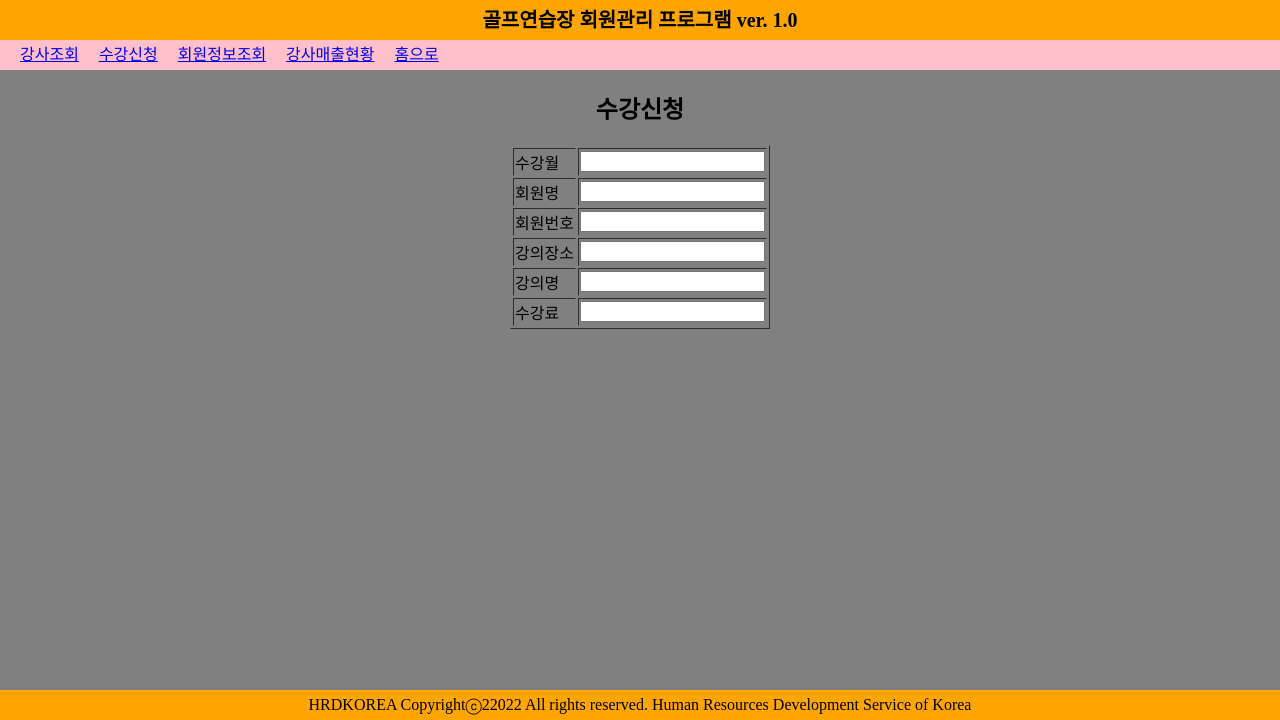
Repository: leesuyeon116/HRD_3
Page: http://localhost/HRD_0505/insert.jsp
The author's editor kept a copy of each file at every save. The page is drawn from the files as they stood at one save, then again after the next save.
The browser window is 1280 px wide. The pictures show the whole page.
The page is served by Tomcat 9.

Above is the page before, as saved 2024-05-05 09:23:45.

### workspace/HRD_0505/src/main/webapp/insert.jsp
<%@ page language="java" contentType="text/html; charset=UTF-8"
    pageEncoding="UTF-8"%>
<!DOCTYPE html>
<html>
<head>
<meta charset="UTF-8">
<title>insert</title>
</head>
<body>
<jsp:include page="header.jsp"></jsp:include>
<section style="position: fixed; top: 70px; left: 0px; width: 100%; height: 100%; background-color: gray">
<h2 style="text-align: center">수강신청</h2>
	<form style="display: flex; align-items: center; justify-content: center">
		<table border="1">
			<tr>
				<td>수강월</td>
				<td><input type="text" name="regist_month"></td>
			</tr>
			<tr>
				<td>회원명</td>
				<td><input type="text" name="c_name"></td>
			</tr>
			<tr>
				<td>회원번호</td>
				<td><input type="text" name="c_no"></td>
			</tr>
			<tr>
				<td>강의장소</td>
				<td><input type="text" name="class_area"></td>
			</tr>
			<tr>
				<td>강의명</td>
				<td><input type="text" name="class_name"></td>
			</tr>
			<tr>
				<td>수강료</td>
				<td><input type="text" name="class_price"></td>
			</tr>
		</table>
	</form>

</section>

<jsp:include page="footer.jsp"></jsp:include>
</body>
</html>

### workspace/HRD_0505/src/main/webapp/header.jsp
<%@ page language="java" contentType="text/html; charset=UTF-8"
    pageEncoding="UTF-8"%>
<!DOCTYPE html>
<html>
<head>
<meta charset="UTF-8">
<title>header</title>
</head>
<body>
<header style="position: fixed; top: 0px; left: 0px; width: 100%; height: 40px; line-height: 40px; background-color: orange;
	text-align: center; font-size: 20px">
<b>골프연습장 회원관리 프로그램 ver. 1.0</b>
</header>

<nav style="position: fixed; top: 40px; left: 0px; width: 100%; height: 30px; line-height: 30px; background-color: pink;
	padding-left: 20px">
	<a href="tlist.jsp">강사조회</a> &nbsp; &nbsp;
	<a href="insert.jsp">수강신청</a> &nbsp; &nbsp;
	<a href="mlist.jsp">회원정보조회</a> &nbsp; &nbsp;
	<a href="salary.jsp">강사매출현황</a> &nbsp; &nbsp;
	<a href="index.jsp">홈으로</a> &nbsp; &nbsp;
</nav>
</body>
</html>

### workspace/HRD_0505/src/main/webapp/footer.jsp
<%@ page language="java" contentType="text/html; charset=UTF-8"
    pageEncoding="UTF-8"%>
<!DOCTYPE html>
<html>
<head>
<meta charset="UTF-8">
<title>footer</title>
</head>
<body>
<footer style="position: fixed; bottom: 0px; left: 0px; width: 100%; height: 30px; line-height: 30px; background-color: orange;
	text-align: center">
	HRDKOREA Copyrightⓒ22022 All rights reserved. Human Resources Development Service of Korea
</footer>
</body>
</html>

After the next save:
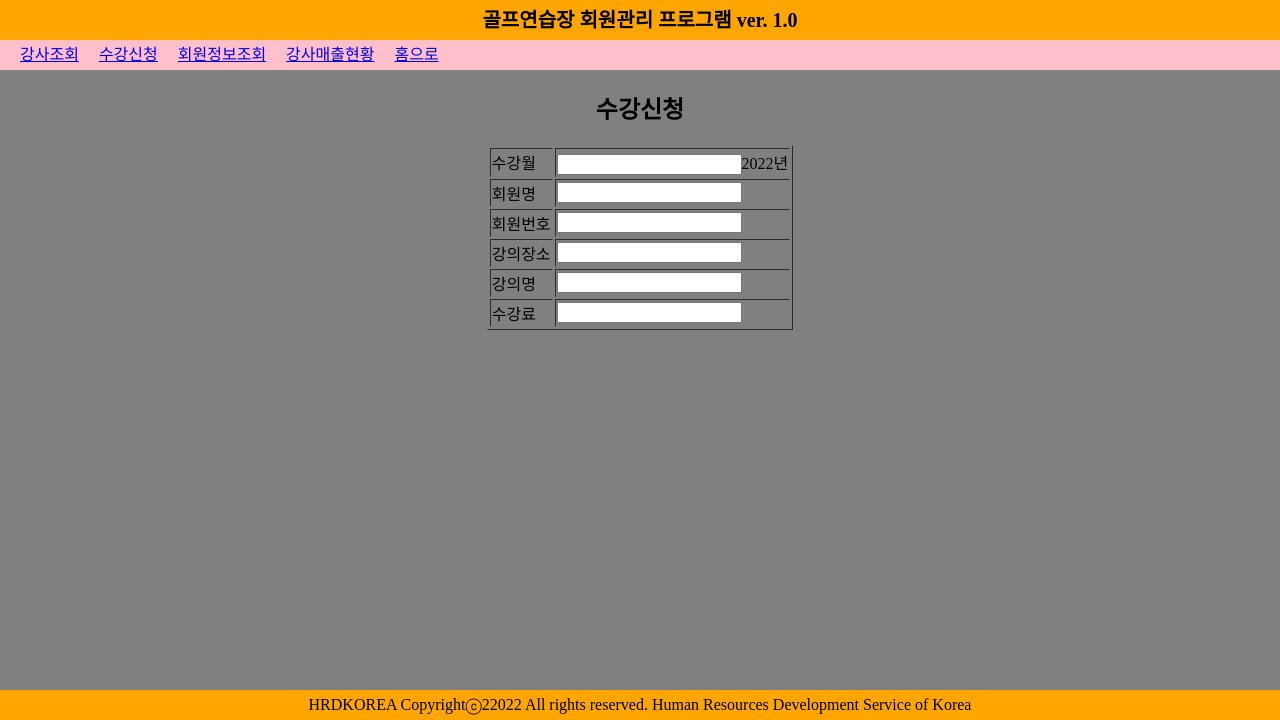
Saved 27 s later.
--- a/workspace/HRD_0505/src/main/webapp/insert.jsp
+++ b/workspace/HRD_0505/src/main/webapp/insert.jsp
@@ -14,7 +14,7 @@
 		<table border="1">
 			<tr>
 				<td>수강월</td>
-				<td><input type="text" name="regist_month"></td>
+				<td><input type="text" name="regist_month">2022년</td>
 			</tr>
 			<tr>
 				<td>회원명</td>

After the save that followed:
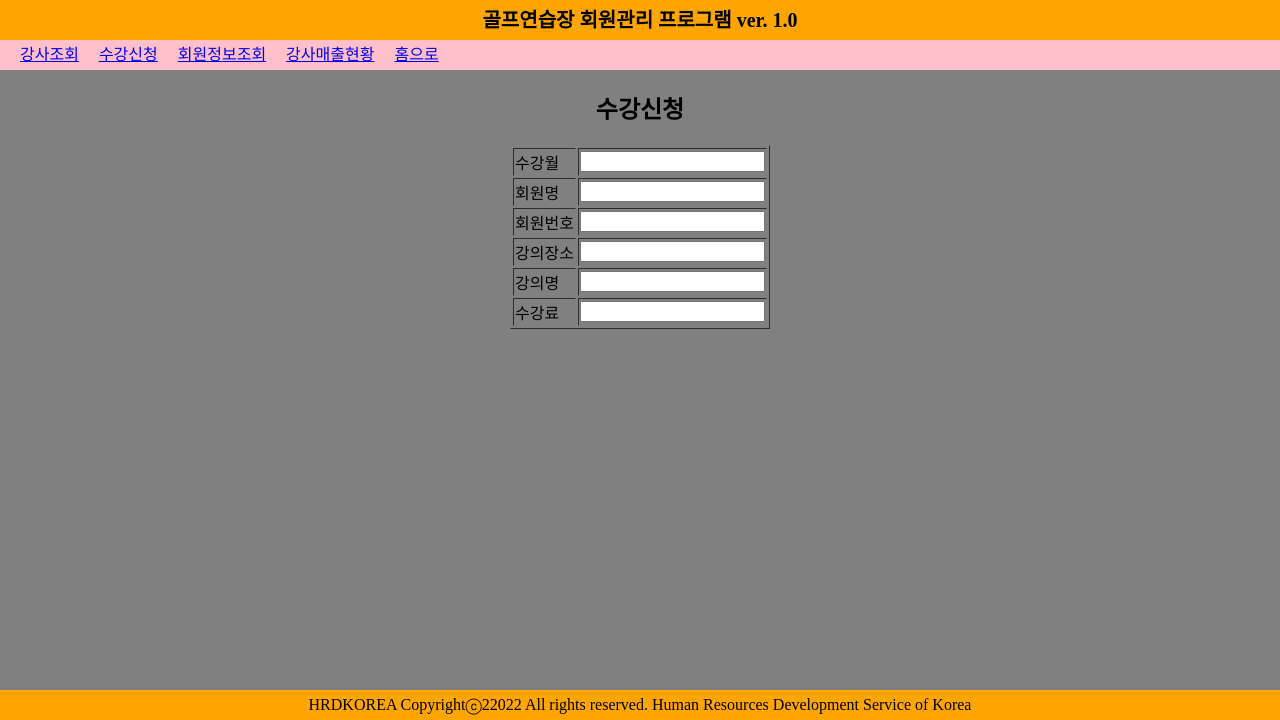
Saved 43 s later.
--- a/workspace/HRD_0505/src/main/webapp/insert.jsp
+++ b/workspace/HRD_0505/src/main/webapp/insert.jsp
@@ -14,7 +14,7 @@
 		<table border="1">
 			<tr>
 				<td>수강월</td>
-				<td><input type="text" name="regist_month">2022년</td>
+				<td><input type="text" name="regist_month" 2022년03월 예)202203></td>
 			</tr>
 			<tr>
 				<td>회원명</td>
